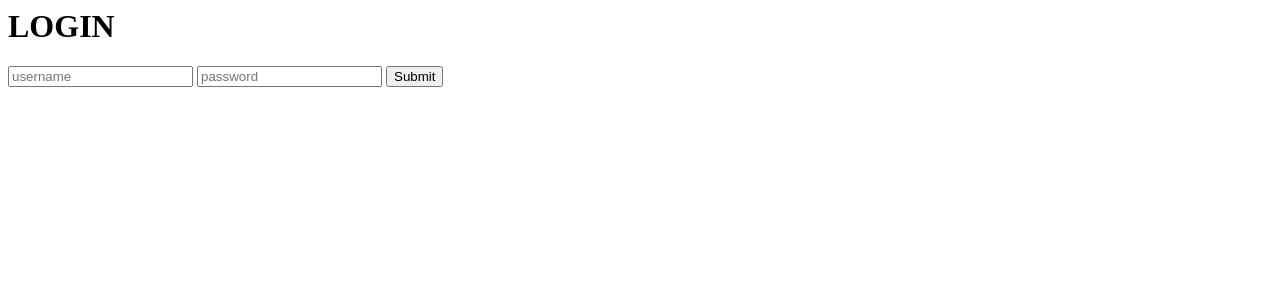
Repository: Shaney17/webdevbootcamp
Page: http://localhost/login
The author's editor kept a record of every edit. The page is drawn from the files as they stood at one moment, then again after the next edit.
The browser window is 1280 px wide. The pictures show the whole page.
The page is served by the project's Node server (Authentication/AuthDemo/app.js).

Above is the page before.

After the next edit:
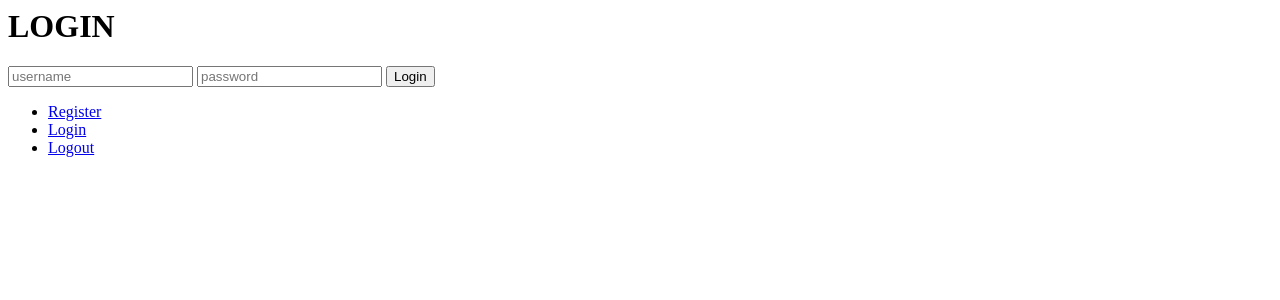
The edit:
--- a/workspace/Authentication/AuthDemo/views/login.ejs
+++ b/workspace/Authentication/AuthDemo/views/login.ejs
@@ -3,5 +3,11 @@
 <form action="/login" method="POST">
     <input type="text" name="username" placeholder="username"></input>
     <input type="password" name="password" placeholder="password"></input>
-    <button>Submit</button>
+    <button>Login</button>
 </form>
+
+<ul>
+    <li><a href="/register">Register</a></li>
+    <li><a href="login">Login</a></li>
+    <li><a href="/logout">Logout</a></li>
+</ul>
